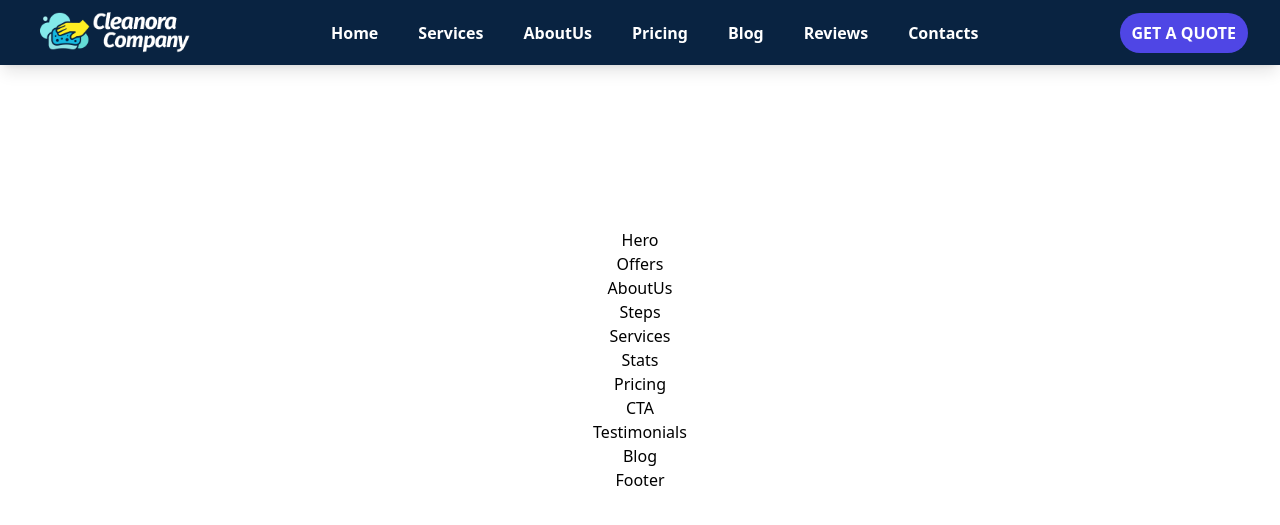
Repository: remydev47/cleonara
Page: /
An editor plug-in stored every save of this project. The page is shown before and after the next save, followed by the edit.
The browser window is 1280 px wide. The pictures show the whole page.
The project was rebuilt for these pictures with package versions that can differ from the ones it lists, and the page was loaded fresh each time. The framework's server and built-in components were replaced by stand-ins that run in the browser. Also part of the build but not shown: next.config.js.

Above is the page before, as saved 2022-11-01 12:37:53.

After the next save:
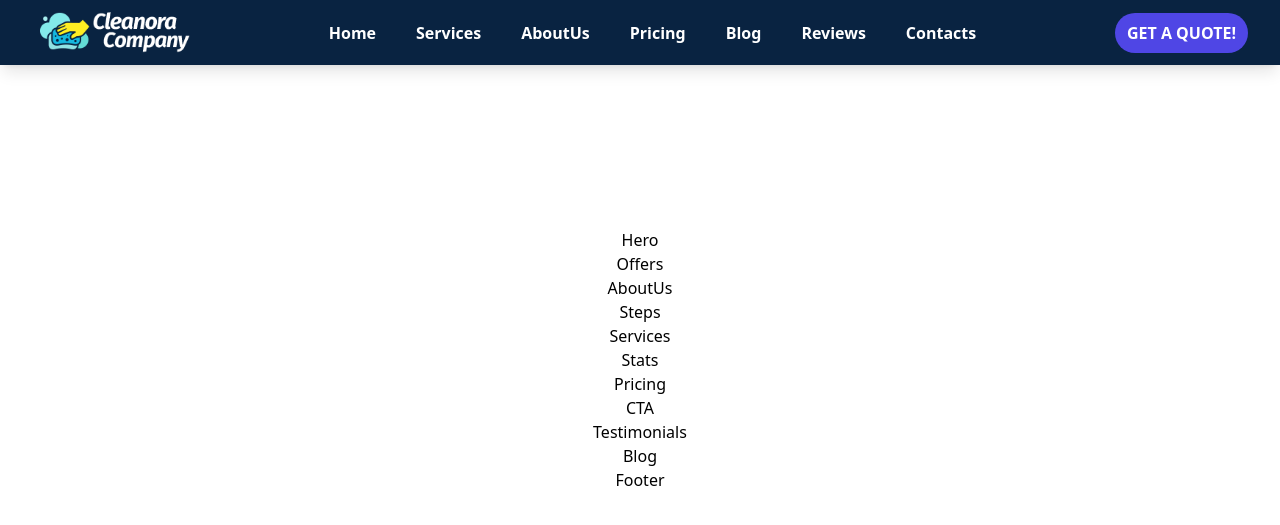
Saved 22 s later.
--- a/components/Header.tsx
+++ b/components/Header.tsx
@@ -33,7 +33,7 @@ const Header = () => {
 
           <div>
             <Button variant='solid'>
-              GET A QUOTE
+              GET A QUOTE!
             </Button>
           </div>
 
